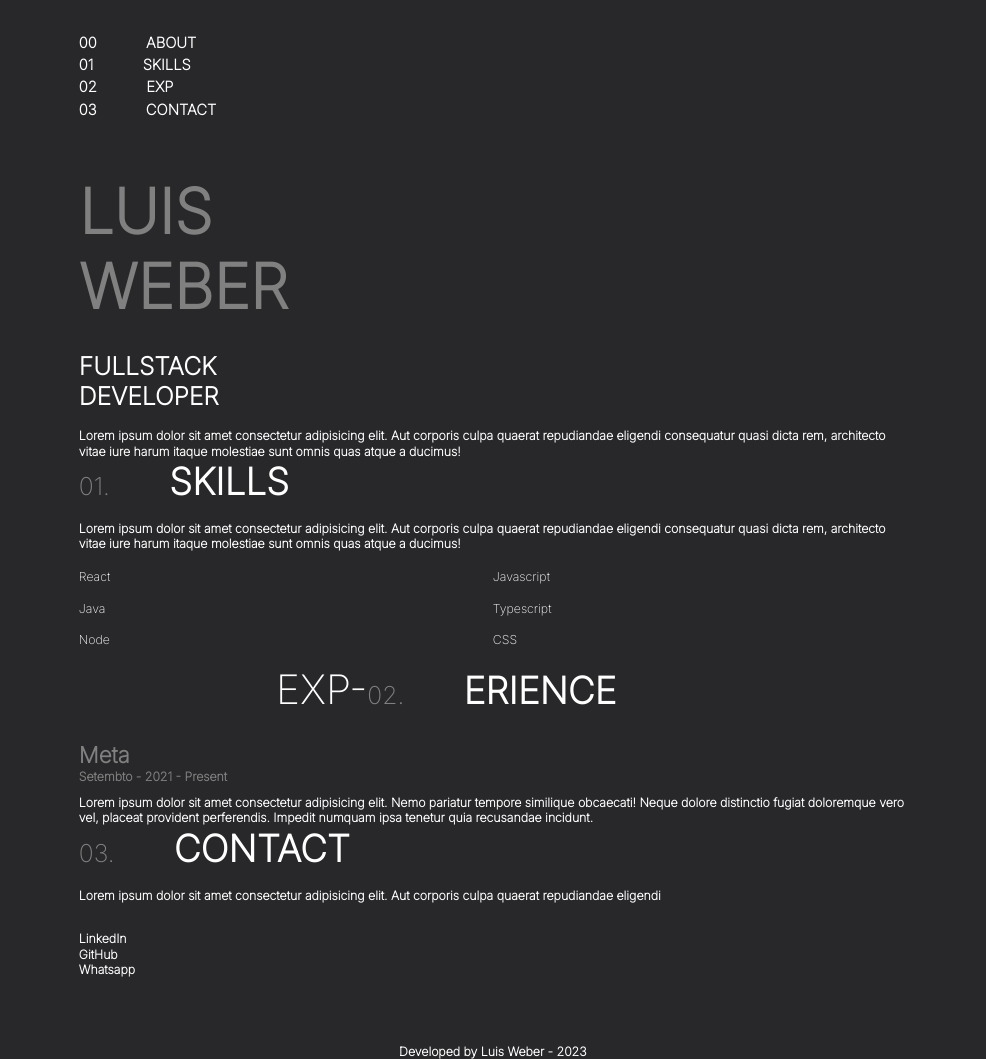
Repository: luiswh1/Portfolio
Page: /
These files come from the project's save history. The page is drawn as it stood at one moment and after the next save; the edit follows.
The browser window is 1280 px wide. The pictures show the whole page, at 77% of full size.
The project was rebuilt for these pictures with package versions that can differ from the ones it lists, and the page was loaded fresh each time.

Above is the page before, as saved 2023-05-31 19:20:14.

After the next save:
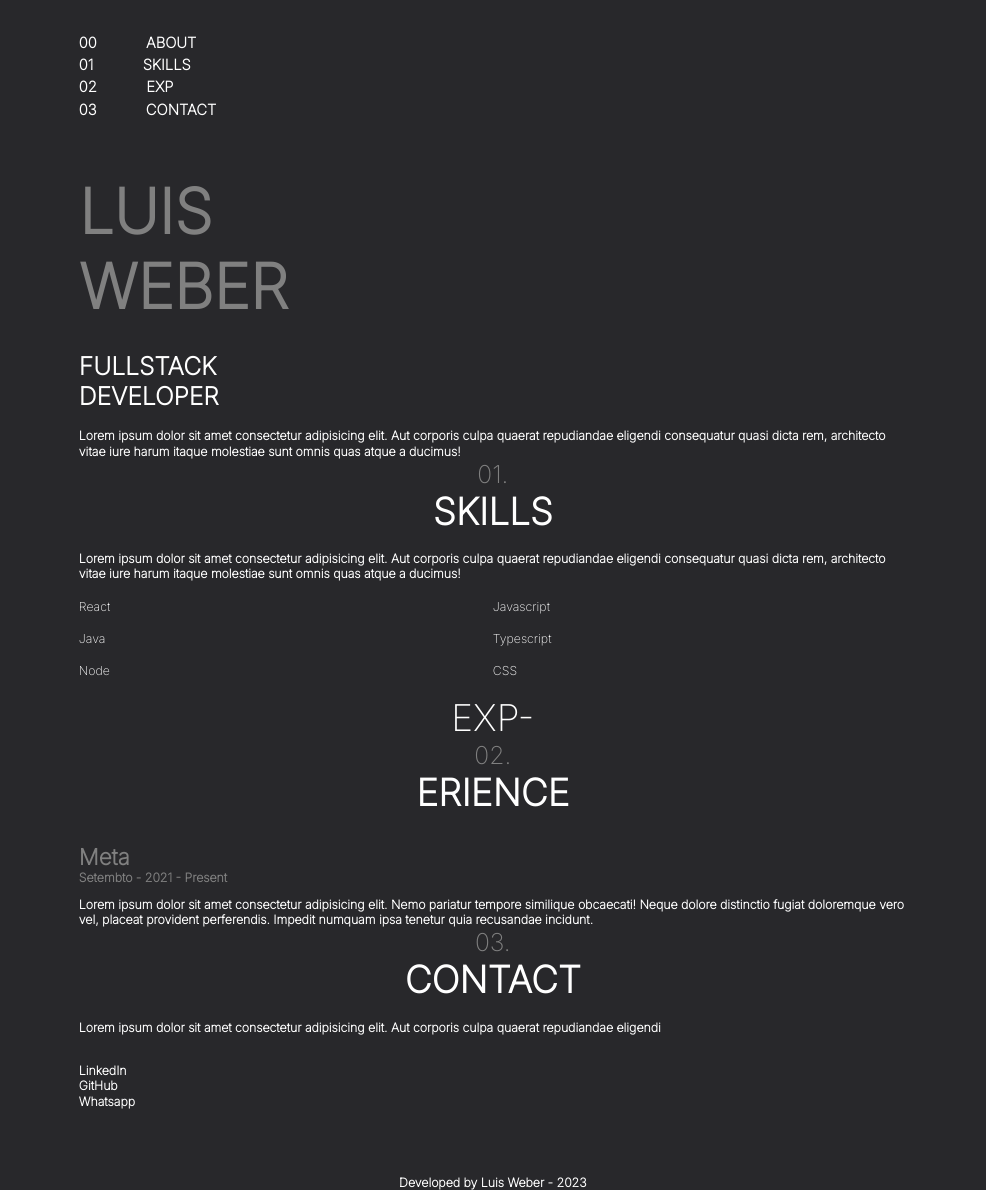
Saved 85 s later.
--- a/src/Pages/HomeStyles.tsx
+++ b/src/Pages/HomeStyles.tsx
@@ -31,31 +31,29 @@
 color: white;
 font-weight: bold;
 `
+
 export const LabelTitle = styled.div`
   display: flex;
-  align-items: baseline;
+  flex-direction: column;
+  align-items: center;
 `;
 
 export const StyledSpanExp = styled.span`
-  font-size: 3.3em;
+  font-size: 3em;
   color: white;
-  margin-left: 20vw;
-  vertical-align: middle; /* Adicionado */
 `;
 
 export const NumberIndex = styled.span`
   font-size: 2em;
   color: gray;
-  margin-right: 3vw;
 `;
 
 export const IndexTitle = styled.span`
   font-size: 3em;
   color: white;
-  margin-left: 3vw;
   font-weight: bold;
-  vertical-align: middle; /* Adicionado */
 `;
+
 
 
 export const ListSkills = styled.div`

After the save that followed:
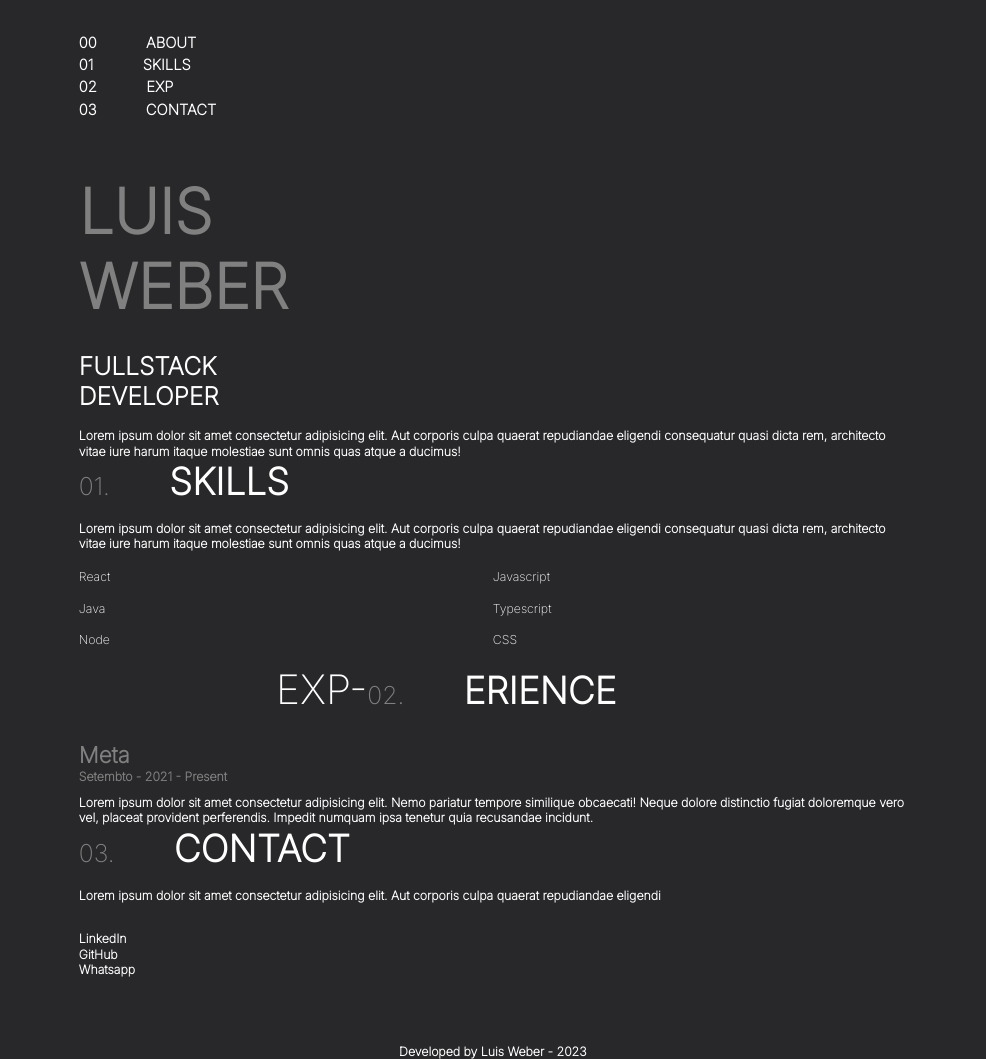
Saved 29 s later.
--- a/src/Pages/HomeStyles.tsx
+++ b/src/Pages/HomeStyles.tsx
@@ -31,29 +31,31 @@
 color: white;
 font-weight: bold;
 `
-
 export const LabelTitle = styled.div`
   display: flex;
-  flex-direction: column;
-  align-items: center;
+  align-items: baseline;
 `;
 
 export const StyledSpanExp = styled.span`
-  font-size: 3em;
+  font-size: 3.3em;
   color: white;
+  margin-left: 20vw;
+  vertical-align: middle; /* Adicionado */
 `;
 
 export const NumberIndex = styled.span`
   font-size: 2em;
   color: gray;
+  margin-right: 3vw;
 `;
 
 export const IndexTitle = styled.span`
   font-size: 3em;
   color: white;
+  margin-left: 3vw;
   font-weight: bold;
+  vertical-align: middle; /* Adicionado */
 `;
-
 
 
 export const ListSkills = styled.div`
